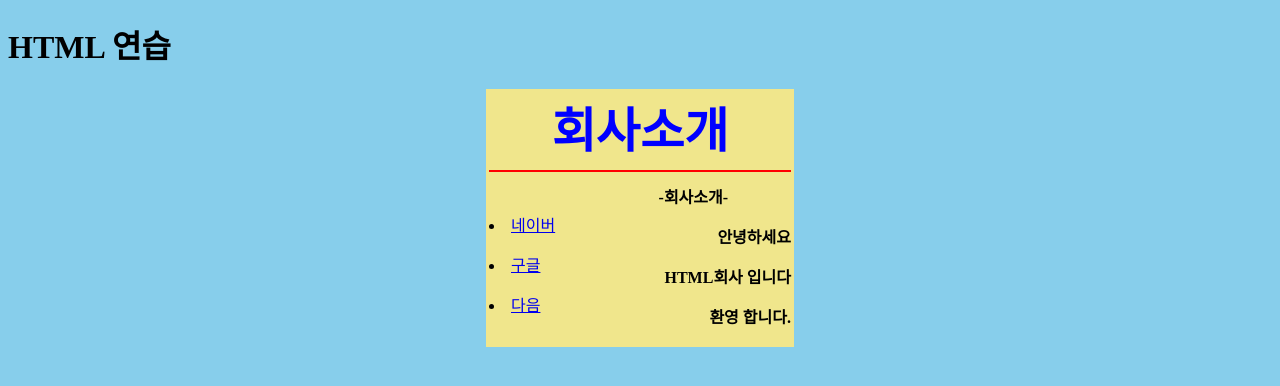
Repository: basstpgns/20201029html
Page: jsp/html/quiz02.html
The author's editor kept a copy of each file at every save. The page is drawn from the files as they stood at one save, then again after the next save.
The browser window is 1280 px wide. The pictures show the whole page.

Above is the page before, as saved 2020-10-29 08:47:57.

After the next save:
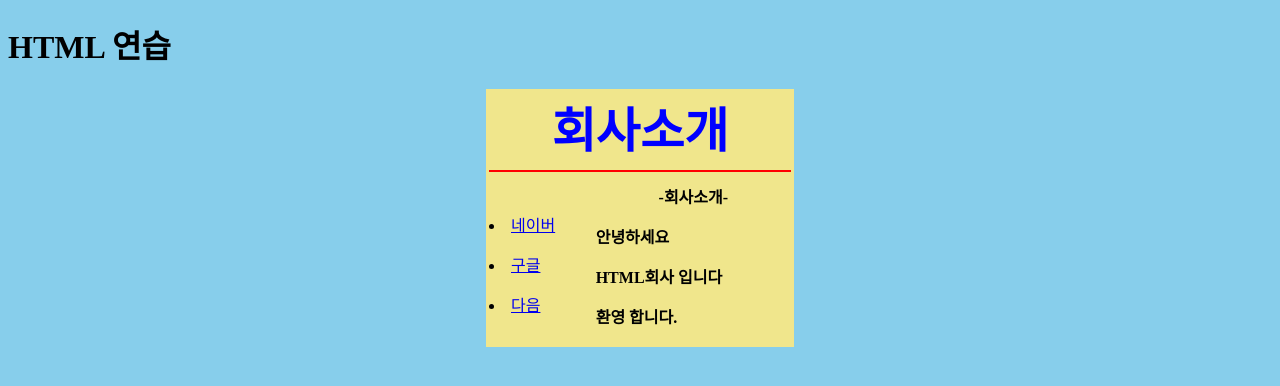
Saved 16 s later.
--- a/jsp/html/quiz02.html
+++ b/jsp/html/quiz02.html
@@ -28,9 +28,9 @@
 				</ul>
 				<th>
 					-회사소개-
-					<p align="right">안녕하세요</p>
-					<p align="right">HTML회사 입니다</p>
-					<p align="right">환영 합니다.</p>
+					<p align="left">안녕하세요</p>
+					<p align="left">HTML회사 입니다</p>
+					<p align="left">환영 합니다.</p>
 				</th>
 			</tr>
 		</tbody>
